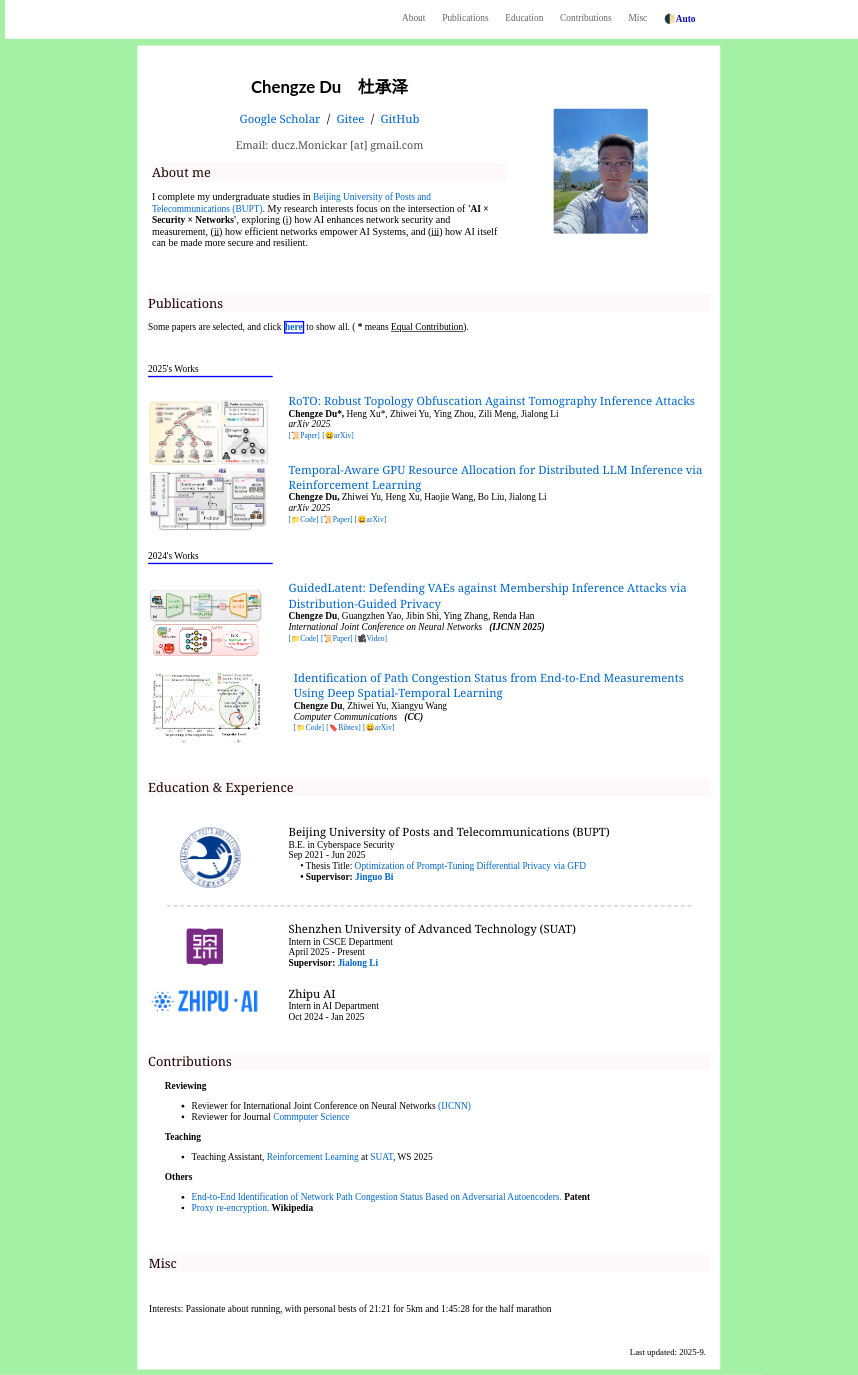
Repository: Monickar/Monickar.github.io
Page: index.html
The author's editor kept a copy of each file at every save. The page is drawn from the files as they stood at one save, then again after the next save.
The browser window is 1280 px wide. The pictures show the whole page, at 67% of full size.

Above is the page before, as saved 2025-10-28 19:01:51.

After the next save:
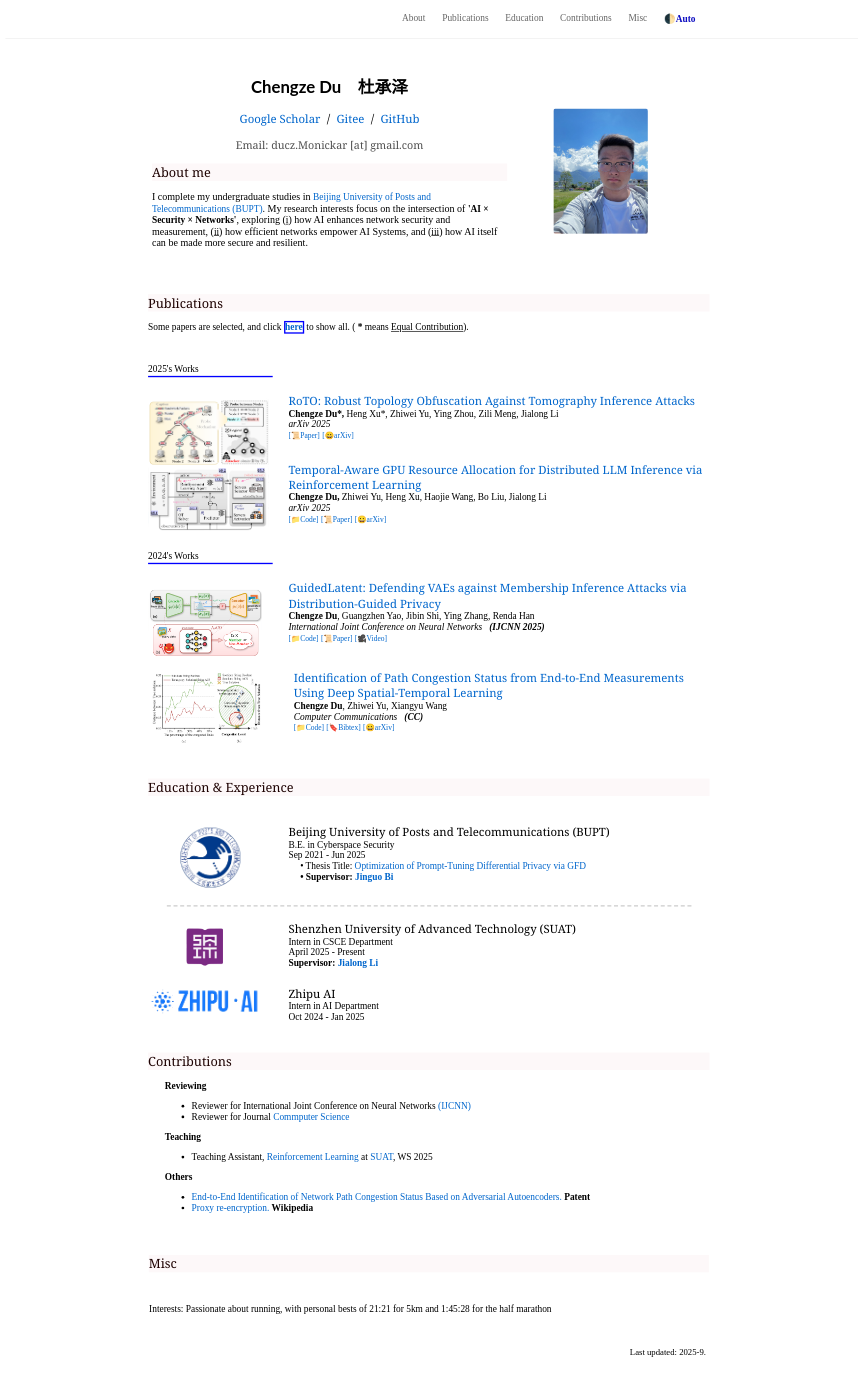
Saved 20 s later.
--- a/styles.css
+++ b/styles.css
@@ -21,7 +21,7 @@
 }
 
 .bodycolor {
-  background-color: #a4f1a6;
+  background-color: #ffffff;
 }
 
 a {
